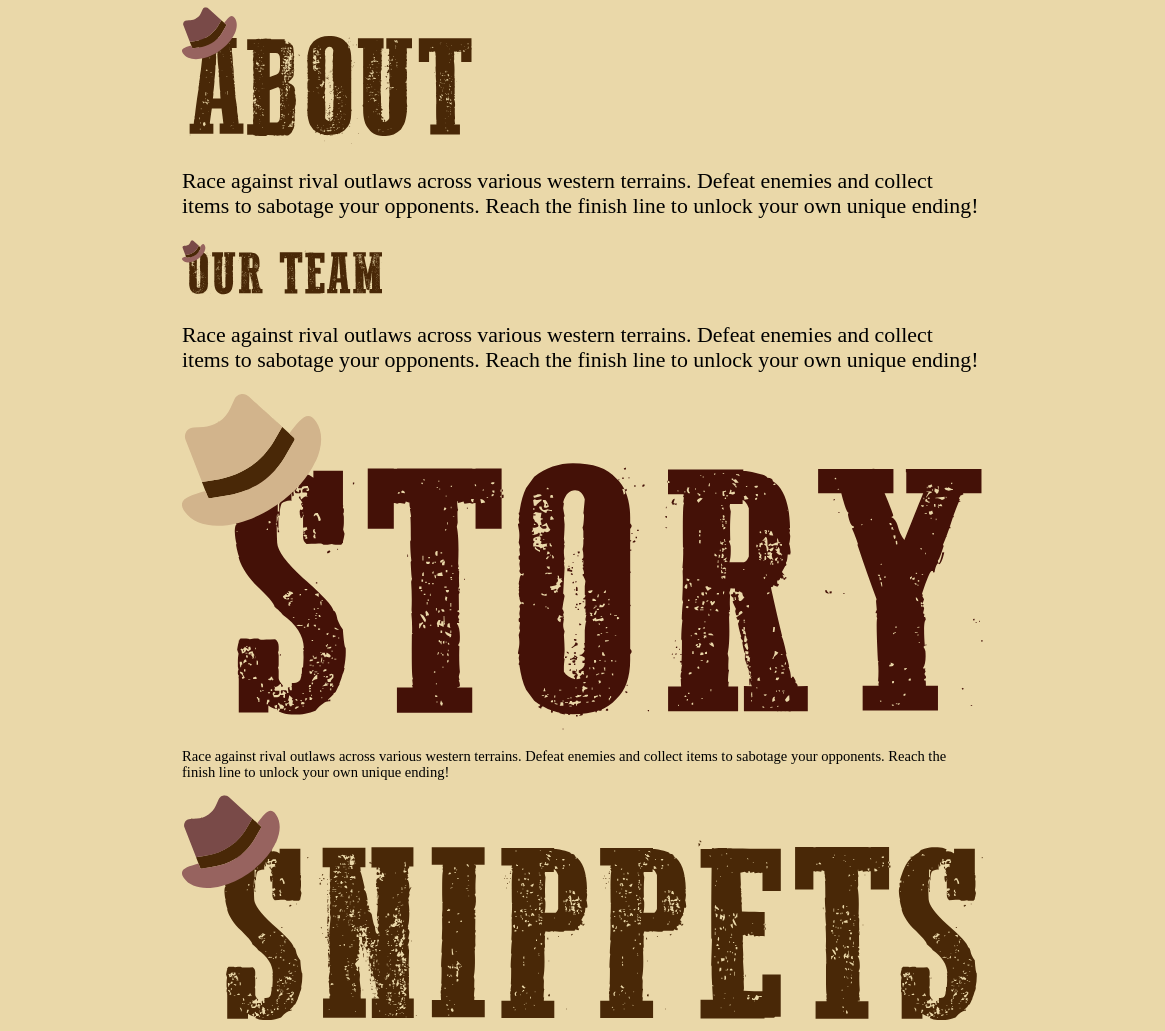
Repository: AlyssaHug/Bandit-Breakout
Page: index.html
The author's editor kept a copy of each file at every save. The page is drawn from the files as they stood at one save, then again after the next save.
The browser window is 1280 px wide. The pictures show the whole page, at 91% of full size.
Some web fonts or font styles are not loaded; a fallback is used.

Above is the page before, as saved 2025-05-06 14:08:30.

After the next save:
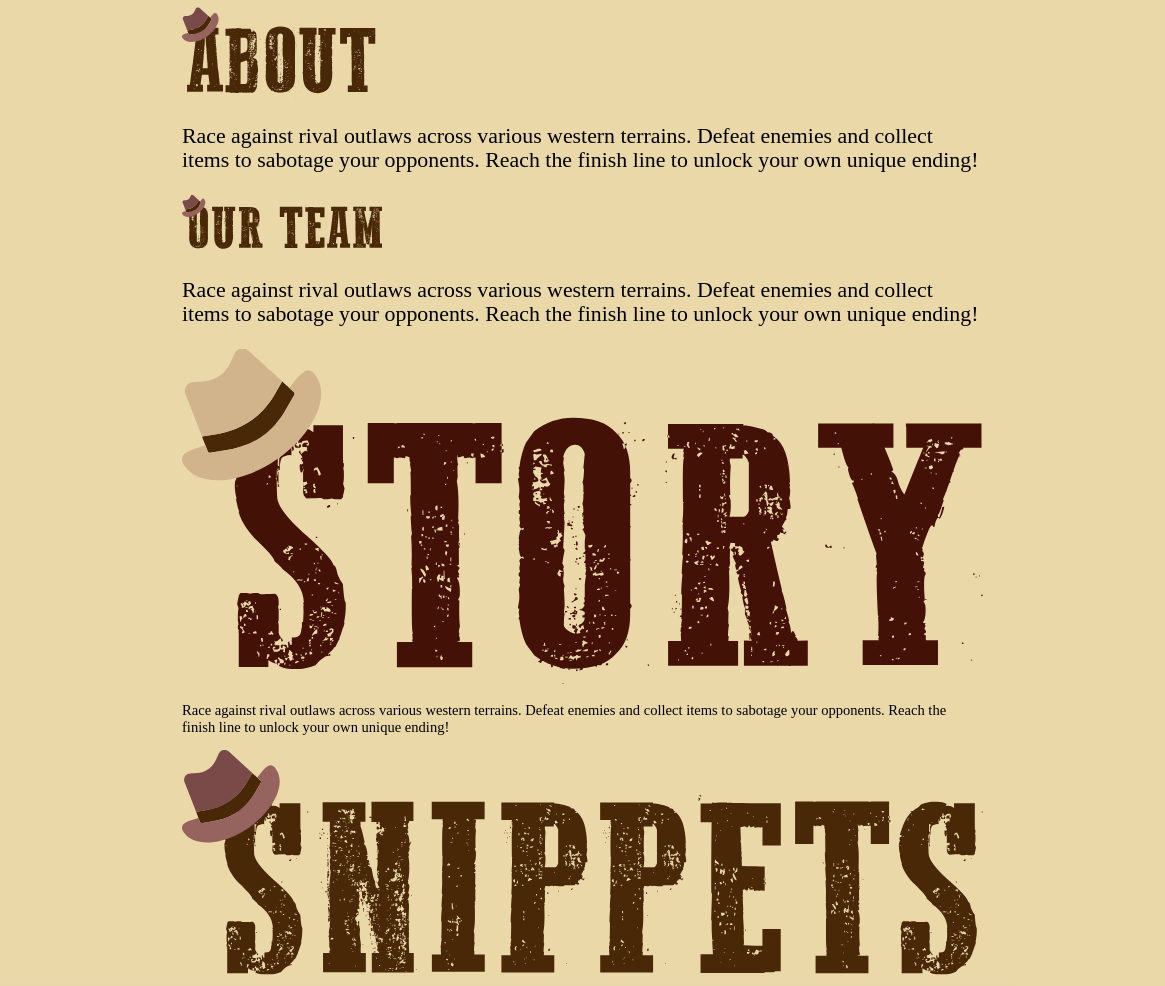
Saved 5 s later.
--- a/styles.css
+++ b/styles.css
@@ -28,7 +28,7 @@ html {
 }
 
 .about_section-heading {
-    height: 150px;
+    height: 100px;
 }
 .about_section-text {
     font-size: var(--font-size-h4);
